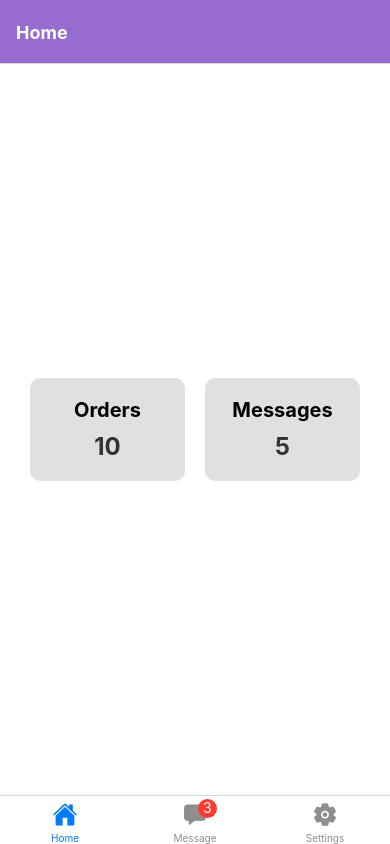
Repository: Waikato153/AwesomeProject
Screen: /
The author's editor kept a copy of each file at every save. The screen is drawn from the files as they stood at one save, then again after the next save.
The app was drawn by React Native's web renderer in a window 390 px wide. The project was rebuilt for these pictures with package versions that can differ from the ones it lists, and the page was loaded fresh each time.

Above is the screen before, as saved 2024-02-28 16:54:06.

After the next save:
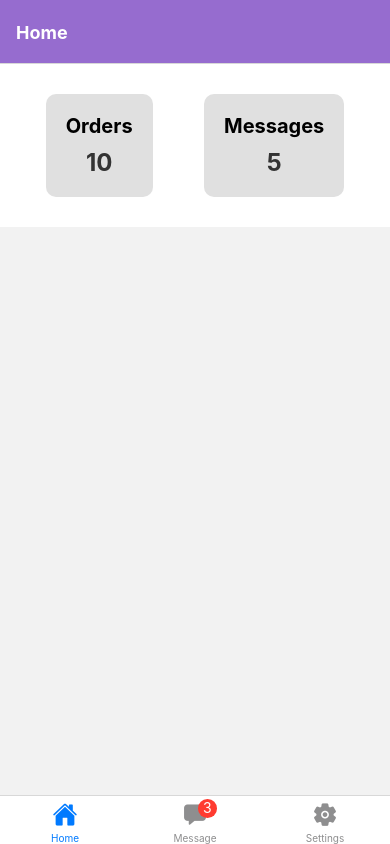
Saved 9 s later.
--- a/screens/HomeScreen.js
+++ b/screens/HomeScreen.js
@@ -20,7 +20,7 @@
 
 const styles = StyleSheet.create({
   container: {
-    flex: 1,
+    //flex: 1,
     flexDirection: 'row',
     justifyContent: 'space-around',
     alignItems: 'center',
@@ -28,7 +28,7 @@
     padding: 20,
   },
   block: {
-    flex: 1,
+    //flex: 1,
     justifyContent: 'center',
     alignItems: 'center',
     backgroundColor: '#e0e0e0',

After the save that followed:
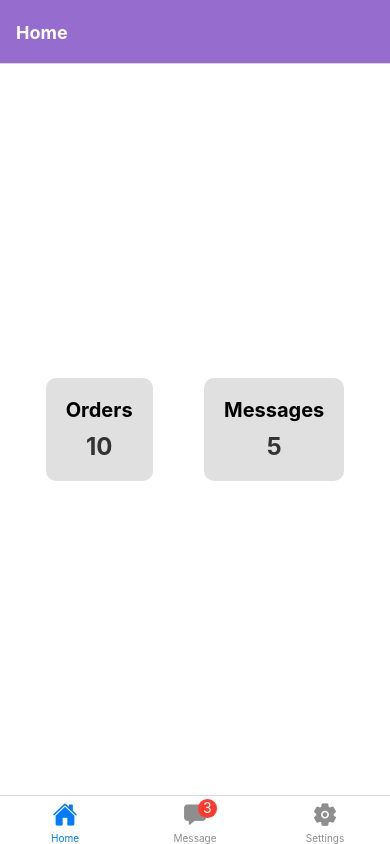
Saved 4 s later.
--- a/screens/HomeScreen.js
+++ b/screens/HomeScreen.js
@@ -20,7 +20,7 @@
 
 const styles = StyleSheet.create({
   container: {
-    //flex: 1,
+    flex: 1,
     flexDirection: 'row',
     justifyContent: 'space-around',
     alignItems: 'center',
